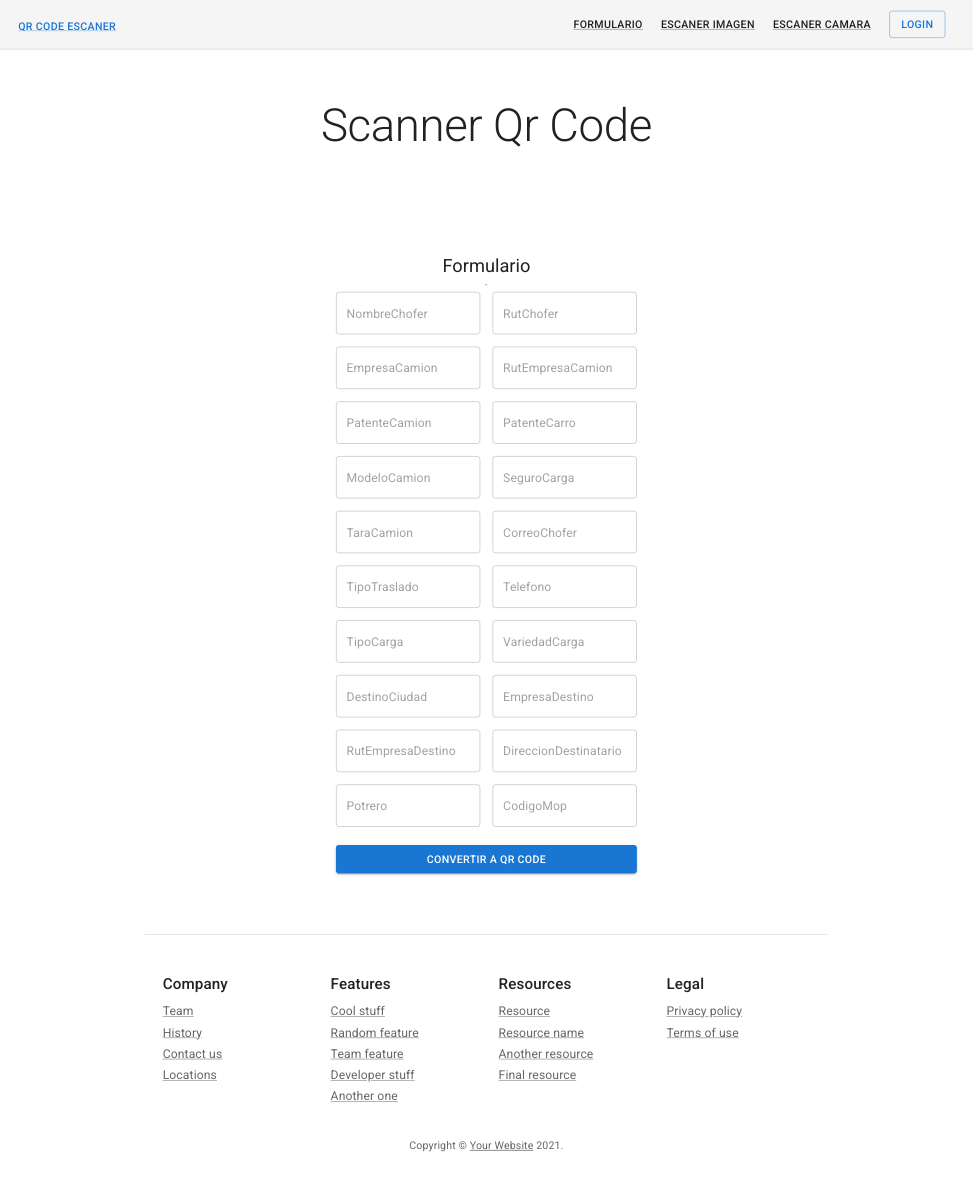
Repository: FlamesAlejandro/QrCodeForm
Page: /form
These files come from the project's save history. The page is drawn as it stood at one moment and after the next save; the edit follows.
The browser window is 1280 px wide. The pictures show the whole page, at 76% of full size.
The project was rebuilt for these pictures with package versions that can differ from the ones it lists, and the page was loaded fresh each time. Also part of the build but not shown: src/App.css, src/components/pages/ImagenEscaner.js, src/components/pages/CamaraEscaner.js, src/components/pages/Home.js.

Above is the page before, as saved 2021-10-24 08:06:03.

### src/App.js
import './App.css';
import { AppRouter } from './routers/AppRouter';

function App() {
  return (
    <>
      <AppRouter />
    </>
  );
}

export default App;

### src/routers/AppRouter.js
import React from 'react'
import { Switch, Route, Redirect, BrowserRouter as Router } from 'react-router-dom'
import CssBaseline from '@mui/material/CssBaseline';
import Typography from '@mui/material/Typography';
import GlobalStyles from '@mui/material/GlobalStyles';
import Container from '@mui/material/Container';
import { MainNavbar } from '../components/ui/MainNavbar';
import { MainFooter } from '../components/ui/MainFooter';
import { Form } from '../components/pages/Form';
import { ImagenEscaner } from '../components/pages/ImagenEscaner';
import { CamaraEscaner } from '../components/pages/CamaraEscaner';
import { Home } from '../components/pages/Home';

export const AppRouter = () => {
    return (
        <>
        <Router>
            <GlobalStyles styles={{ ul: { margin: 0, padding: 0, listStyle: 'none' } }} />
                <CssBaseline />

                <MainNavbar />

                {/* Hero unit */}
                <Container disableGutters maxWidth="sm" component="main" sx={{ pt: 8, pb: 6 }}>
                    <Typography
                    component="h1"
                    variant="h2"
                    align="center"
                    color="text.primary"
                    gutterBottom
                    >
                    Scanner Qr Code
                    </Typography>

                </Container>

                {/* Contenido */}
                <Container maxWidth="md" component="main">

                    <Switch>
                        <Route exact path="/form" component={ Form } />
                        <Route exact path="/imagen" component={ ImagenEscaner } />
                        <Route exact path="/camara" component={ CamaraEscaner } />
                        <Route exact path="/home" component={ Home } />
                        <Redirect to="/home" />
                    </Switch>

                </Container>

                {/* Footer */}
                <Container
                    maxWidth="md"
                    component="footer"
                    sx={{
                    borderTop: (theme) => `1px solid ${theme.palette.divider}`,
                    mt: 8,
                    py: [3, 6],
                    }}
                >
                    <MainFooter />

                </Container>
                {/* End footer */}
            </Router>
        </>
    )
}

### src/components/ui/MainNavbar.js
import React from 'react'
import AppBar from '@mui/material/AppBar';
import Button from '@mui/material/Button';
import Toolbar from '@mui/material/Toolbar';
import Typography from '@mui/material/Typography';
import Link from '@mui/material/Link';

export const MainNavbar = () => {
    return (
        <>
            <AppBar
                position="static"
                color="default"
                elevation={0}
                sx={{ borderBottom: (theme) => `1px solid ${theme.palette.divider}` }}
            >
                <Toolbar sx={{ flexWrap: 'wrap' }}>
                <Typography variant="h6" color="inherit" noWrap sx={{ flexGrow: 1 }}>
                    <Link
                            variant="button"
                            href="/home"
                        >QR CODE Escaner
                    </Link>
                </Typography>
                <nav>
                    <Link
                        variant="button"
                        color="text.primary"
                        href="/form"
                        sx={{ my: 1, mx: 1.5 }}
                    >
                    Formulario
                    </Link>
                    <Link
                        variant="button"
                        color="text.primary"
                        href="/imagen"
                        sx={{ my: 1, mx: 1.5 }}
                    >
                    Escaner Imagen
                    </Link>
                    <Link
                        variant="button"
                        color="text.primary"
                        href="/camara"
                        sx={{ my: 1, mx: 1.5 }}
                    >
                    Escaner Camara
                    </Link>
                </nav>
                <Button href="/home" variant="outlined" sx={{ my: 1, mx: 1.5 }}>
                    Login
                </Button>
                </Toolbar>
            </AppBar>
        </>
    )
}

### src/components/ui/MainFooter.js
import React from 'react'
import Grid from '@mui/material/Grid';
import Typography from '@mui/material/Typography';
import Link from '@mui/material/Link';

function Copyright(props) {
    return (
      <Typography variant="body2" color="text.secondary" align="center" {...props}>
        {'Copyright © '}
        <Link color="inherit" href="https://mui.com/">
          Your Website
        </Link>{' '}
        {new Date().getFullYear()}
        {'.'}
      </Typography>
    );
  }

  const footers = [
    {
      title: 'Company',
      description: ['Team', 'History', 'Contact us', 'Locations'],
    },
    {
      title: 'Features',
      description: [
        'Cool stuff',
        'Random feature',
        'Team feature',
        'Developer stuff',
        'Another one',
      ],
    },
    {
      title: 'Resources',
      description: ['Resource', 'Resource name', 'Another resource', 'Final resource'],
    },
    {
      title: 'Legal',
      description: ['Privacy policy', 'Terms of use'],
    },
  ];

export const MainFooter = () => {

    return (
        <>
            <Grid container spacing={4} justifyContent="space-evenly">
                {footers.map((footer) => (
                    <Grid item xs={6} sm={3} key={footer.title}>
                    <Typography variant="h6" color="text.primary" gutterBottom>
                        {footer.title}
                    </Typography>
                    <ul>
                        {footer.description.map((item) => (
                        <li key={item}>
                            <Link href="#" variant="subtitle1" color="text.secondary">
                            {item}
                            </Link>
                        </li>
                        ))}
                    </ul>
                    </Grid>
                ))}
            </Grid>
            <Copyright sx={{ mt: 5 }} />
        </>
    )
}

### src/components/pages/Form.js
import React, { useState } from 'react'
import Button from '@mui/material/Button';
import CssBaseline from '@mui/material/CssBaseline';
import TextField from '@mui/material/TextField';
import Grid from '@mui/material/Grid';
import Box from '@mui/material/Box';
import Typography from '@mui/material/Typography';
import Container from '@mui/material/Container';
import QRCode from 'qrcode';
import { useForm } from "react-hook-form";

export const Form = () => {

    const [imgUrl, setImgUrl] = useState('');

    const { register, handleSubmit, formState: { errors } } = useForm();
    const onSubmit = data => console.log(data);
    // console.log(errors);

    // const generarQrCode = async(event) => {
    //     try {
    //         event.preventDefault();
    //         const data = new FormData(event.currentTarget);
    //         const response = await QRCode.toDataURL(data);
    //         setImgUrl(response);

    //     } catch (error) {
    //       console.log(error);
    //     }
    // }

    return (
        <>
            <Container component="main" maxWidth="xs">
                <CssBaseline />
                <Box
                sx={{
                    marginTop: 8,
                    display: 'flex',
                    flexDirection: 'column',
                    alignItems: 'center',
                }}
                >
                <Typography component="h1" variant="h5">
                    Formulario
                </Typography>

                <hr />

                <form onSubmit={handleSubmit(onSubmit)} sx={{ mt: 3 }}>
                    <Grid container spacing={2}>
                        <Grid item xs={12} sm={6}>
                            <TextField fullWidth type="text" placeholder="NombreChofer" {...register("NombreChofer", {})} />
                        </Grid>
                        <Grid item xs={12} sm={6}>
                            <TextField fullWidth type="text" placeholder="RutChofer" {...register("RutChofer", {})} />
                        </Grid>
                        <Grid item xs={12} sm={6}>
                            <TextField fullWidth type="text" placeholder="EmpresaCamion" {...register("EmpresaCamion", {})} />
                        </Grid>
                        <Grid item xs={12} sm={6}>
                            <TextField fullWidth type="text" placeholder="RutEmpresaCamion" {...register("RutEmpresaCamion", {})} />
                        </Grid>
                        <Grid item xs={12} sm={6}>
                            <TextField fullWidth type="text" placeholder="PatenteCamion" {...register("PatenteCamion", {})} />
                        </Grid>
                        <Grid item xs={12} sm={6}>
                            <TextField fullWidth type="text" placeholder="PatenteCarro" {...register("PatenteCarro", {})} />
                        </Grid>
                        <Grid item xs={12} sm={6}>
                            <TextField fullWidth type="text" placeholder="ModeloCamion" {...register("ModeloCamion", {})} />
                        </Grid>
                        <Grid item xs={12} sm={6}>
                            <TextField fullWidth type="text" placeholder="SeguroCarga" {...register("SeguroCarga", {})} />
                        </Grid>
                        <Grid item xs={12} sm={6}>
                            <TextField fullWidth type="text" placeholder="TaraCamion" {...register("TaraCamion", {})} />
                        </Grid>
                        <Grid item xs={12} sm={6}>
                            <TextField fullWidth type="text" placeholder="CorreoChofer" {...register("CorreoChofer", {})} />
                        </Grid>
                        <Grid item xs={12} sm={6}>
                            <TextField fullWidth type="text" placeholder="TipoTraslado" {...register("TipoTraslado", {})} />
                        </Grid>
                        <Grid item xs={12} sm={6}>
                            <TextField fullWidth type="text" placeholder="Telefono" {...register("Telefono", {})} />
                        </Grid>
                        <Grid item xs={12} sm={6}>
                            <TextField fullWidth type="text" placeholder="TipoCarga" {...register("TipoCarga", {})} />
                        </Grid>
                        <Grid item xs={12} sm={6}>
                            <TextField fullWidth type="text" placeholder="VariedadCarga" {...register("VariedadCarga", {})} />
                        </Grid>
                        <Grid item xs={12} sm={6}>
                            <TextField fullWidth type="text" placeholder="DestinoCiudad" {...register("DestinoCiudad", {})} />
                        </Grid>
                        <Grid item xs={12} sm={6}>
                            <TextField fullWidth type="text" placeholder="EmpresaDestino" {...register("EmpresaDestino", {})} />
                        </Grid>
                        <Grid item xs={12} sm={6}>
                            <TextField fullWidth type="text" placeholder="RutEmpresaDestino" {...register("RutEmpresaDestino", {})} />
                        </Grid>
                        <Grid item xs={12} sm={6}>
                            <TextField fullWidth type="text" placeholder="DireccionDestinatario" {...register("DireccionDestinatario", {})} />
                        </Grid>
                        <Grid item xs={12} sm={6}>
                            <TextField fullWidth type="text" placeholder="Potrero" {...register("Potrero", {})} />
                        </Grid>
                        <Grid item xs={12} sm={6}>
                            <TextField fullWidth type="text" placeholder="CodigoMop" {...register("CodigoMop", {})} />
                        </Grid>
                    </Grid>
                    <Button
                        type="submit"
                        fullWidth
                        variant="contained"
                        sx={{ mt: 3, mb: 2 }}
                    >
                    Convertir a QR CODE
                    </Button>
                </form>
                </Box>
                {imgUrl ? (
                    <a href={imgUrl} download>
                        <img src={imgUrl} alt="img" />
                    </a>)
                : null}
            </Container>
        </>
    )
}

Loaded but not shown: public/index.html (common file); src/index.js (common file); src/index.css (common file); src/reportWebVitals.js (common file)

After the next save:
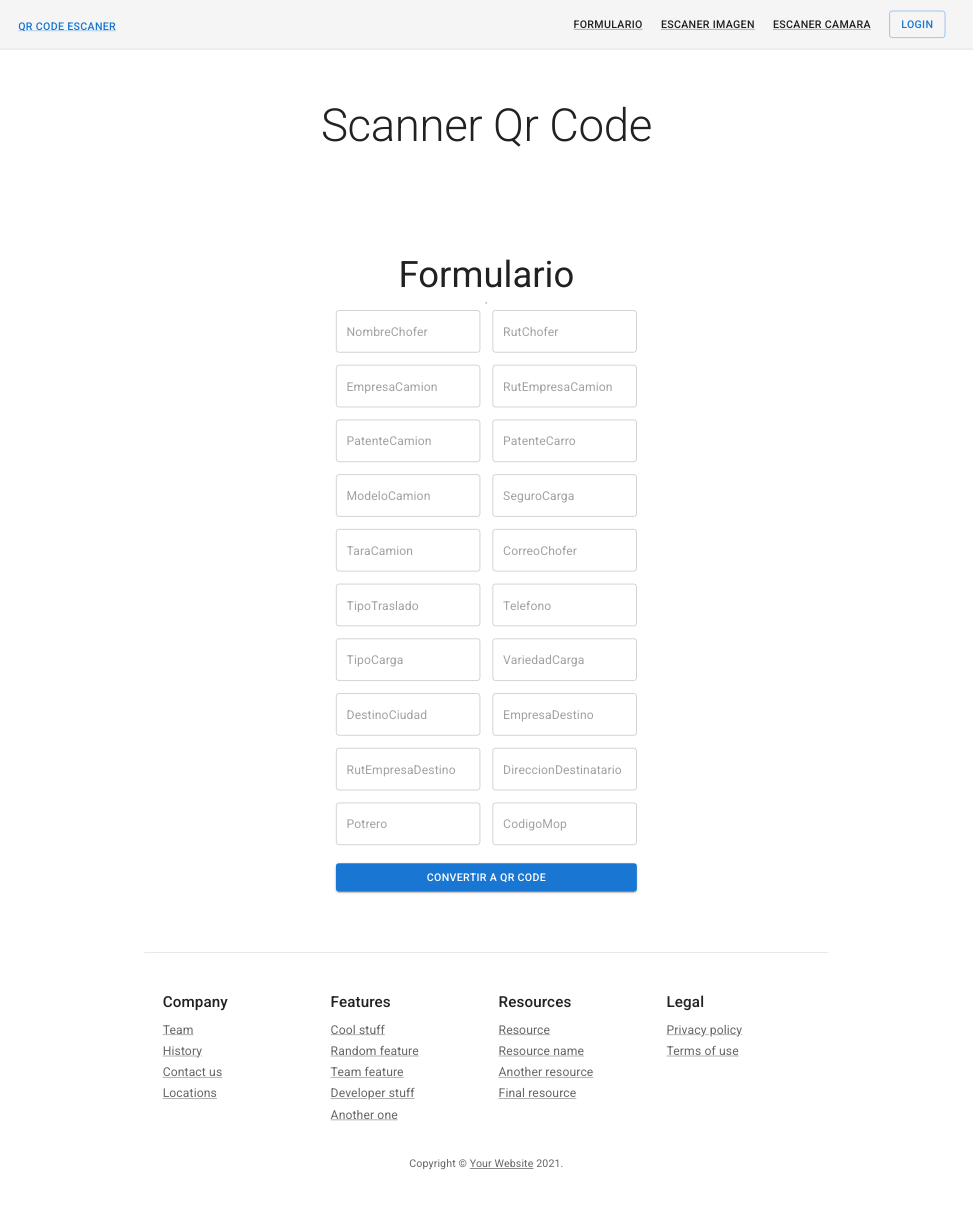
Saved 12 s later.
--- a/src/components/pages/Form.js
+++ b/src/components/pages/Form.js
@@ -41,7 +41,7 @@ export const Form = () => {
                     alignItems: 'center',
                 }}
                 >
-                <Typography component="h1" variant="h5">
+                <Typography component="h1" variant="h3">
                     Formulario
                 </Typography>
 
